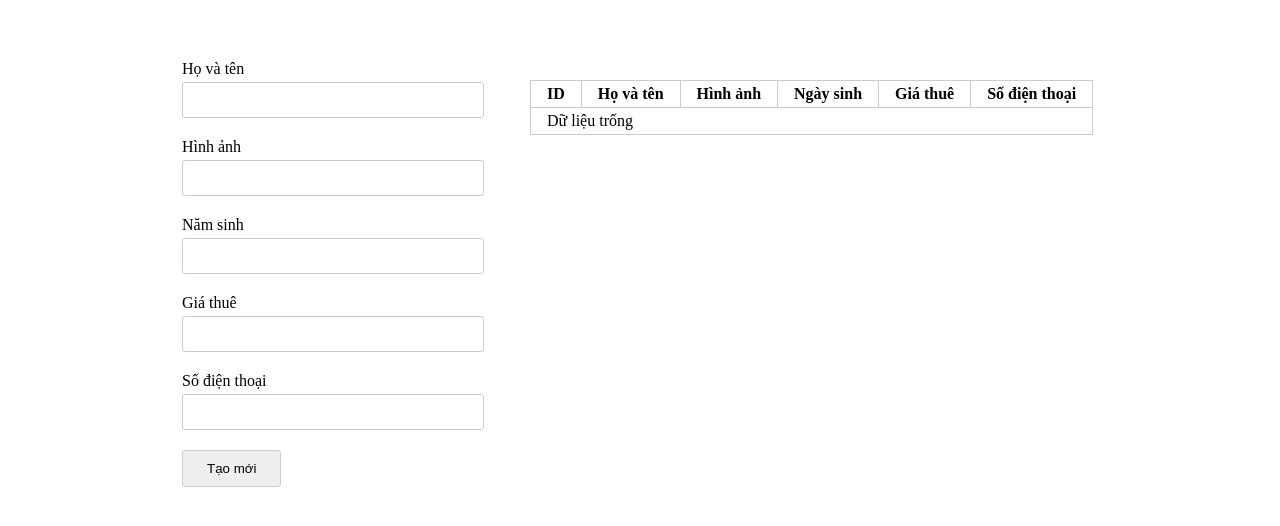
Repository: AnhTuan191298/sent-file-hoang
Page: js_kol-check/index.html
The author's editor kept a copy of each file at every save. The page is drawn from the files as they stood at one save, then again after the next save.
The browser window is 1280 px wide. The pictures show the whole page.

Above is the page before, as saved 2021-02-04 22:19:40.

### js_kol-check/index.html
<!DOCTYPE html>
<html lang="en">
<head>
    <meta charset="UTF-8">
    <meta name="viewport" content="width=device-width, initial-scale=1.0">
    <link rel="stylesheet" href="https://stackpath.bootstrapcdn.com/font-awesome/4.7.0/css/font-awesome.min.css"/>
    <title>Kols Done</title>
    <style>
        .app {
            width: 980px;
            margin: 0 auto;
            display: flex;
        }
        #form {
            flex: 2;
            padding: 32px;
        }
        #list {
            flex: 4;
            padding: 32px;
            margin-top: 40px;
        }
        table {
            border-collapse: collapse;
        }
        table th, table td {
            border: 1px solid #ccc;
            padding: 4px 16px;
        }
        .form-group {
            margin-top: 20px;
        }
        .form-group label {
            display: block;
            margin-bottom: 4px;
        }
        .form-group input {
            display: block;
            width: 100%;
            height: 34px;
            border-radius: 3px;
            border: 1px solid #ccc;
            outline: none;
            padding: 0 8px;
        }
        .avatar {
            width: 60px;
            height: 60px;
            border-radius: 50%;
        }
        .submit-btn {
            padding: 10px 24px;
            border-radius: 3px;
            border: 1px solid #ccc;
        }
        .alert-update,
        .alert-delete {
            width: 240px;
            background-color: #fff;
            min-height: 130px;
            display: none;
            flex-direction: column;
            align-items: center;
            justify-content: center;
            padding: 20px;
            border-radius: 5px;
            box-shadow: 1px 2px 24px #aaaaaa;
            position: fixed;
            top: 50px;
            right: 5px;
            animation: rightToLeft ease 0.5s, fadeOut linear 1s 3s forwards;
        }
        .alert-update.active,
        .alert-delete.active {
            display: flex;
        }
        .alert-update__circle,
        .alert-delete__circle {
            height: 50px;
            width: 50px;
            border: 6px solid #33cc70;
            border-radius: 50%;
            display: flex;
            justify-content: center;
            align-items: center;
            margin-bottom: 10px;
        }
        .alert-update__circle i,
        .alert-delete__circle i {
            font-size: 20px;
            color: #33cc70;
        }
        .alert-update__content h3,
        .alert-delete__content h3 {
            font-size: 18px;
            color: #33cc70;
            text-align: center;
        }
        .text-center {
            text-align: center;
        }
        /* Animation */
        @keyframes fadeIn {
            0% {
                opacity: 0;
            }
            100% {
                opacity: 1;
            }
        }
        @keyframes growth {
            0% {
                transform: scale(0.5);
            }
            100% {
                transform: scale(1);
            }
        }
        @keyframes rightToLeft {
            0% {
                opacity: 0;
                transform: translateX(105%);
            }
            100% {
                opacity: 1;
                transform: translateX(0%);
            }
        }
        @keyframes fadeOut {
            to {
                opacity: 0;
            }
        }
    </style>
</head>
<body>
    <div class="app">
        <form action="" id="form">
            <div class="form-group">
                <label for="fullname">Họ và tên</label>
                <input id="fullname" type="text" name="fullname" class="form-control">
            </div>
            <div class="form-group">
                <label for="image">Hình ảnh</label>
                <input id="image" type="text" name="image" class="form-control">
            </div>
            <div class="form-group">
                <label for="birth">Năm sinh</label>
                <input id="birth" type="text" name="birth" class="form-control">
            </div>
            <div class="form-group">
                <label for="price">Giá thuê</label>
                <input id="price" type="text" name="price" class="form-control">
            </div>
            <div class="form-group">
                <label for="phone">Số điện thoại</label>
                <input id="phone" type="text" name="phone" class="form-control">
            </div>
            <div class="form-group">
                <button class="submit-btn">Tạo mới</button>
            </div>
        </form>
        <!-- List -->
        <div id="list">
            <table>
                <thead>
                    <tr>
                        <th>ID</th>
                        <th>Họ và tên</th>
                        <th>Hình ảnh</th>
                        <th>Ngày sinh</th>
                        <th>Giá thuê</th>
                        <th>Số điện thoại</th>
                    </tr>
                </thead>
                <tbody id="kol-list">
                    <!-- <tr>
                        <td>1</td>
                        <td>Nguyễn Công Trứ</td>
                        <td>
                            <img class="avatar" src="https://64.media.tumblr.com/d1b06afb69cf8b615690ff734129e902/f04605d2cb559bfc-d8/s1280x1920/f91d82446d71c5ee9ace99af4936adcd5549d93f.jpg" alt="">
                        </td>
                        <td>02/02/2000</td>
                        <td>1.000.000đ</td>
                        <td>0987363736</td>
                    </tr> -->
                </tbody>
            </table>
        </div>
        <!-- Alert -->
        <div class="alert-update">
            <div class="alert-update__circle">
                <i class="fa fa-check" aria-hidden="true"></i>
            </div>
            <div class="alert-update__content">
                <h3>Đã sửa thành công</h3>
            </div>
        </div>
    </div>
    <script src="./assets/js/main.js"></script>
</body>
</html>

### js_kol-check/assets/js/main.js
const $ = document.querySelector.bind(document)
const $$ = document.querySelectorAll.bind(document)

const KOL_STORAGE_KEY = 'kols'

const fullName = $('input[name="fullname"]')
const image = $('input[name="image"]')
const birth = $('input[name="birth"]')
const price = $('input[name="price"]')
const phone = $('input[name="phone"]')
const form = $('#form')
const kols = JSON.parse(localStorage.getItem(KOL_STORAGE_KEY)) || []
const kolList = $('#kol-list')

// Add kol
form.onsubmit = function(e) {
    e.preventDefault()
    $('.alert-update').classList.add('active')
    let kol = {
        fullName: fullName.value,
        image: image.value,
        birth: birth.value,
        price: price.value,
        phone: phone.value
    }

    kols.push(kol)
    localStorage.setItem(KOL_STORAGE_KEY, JSON.stringify(kols))
    renderKols()

}

function renderKols() {
    const html = kols.map(function(kol, index) {

        return `
        <tr>
            <td>${index + 1}</td>
            <td>${kol.fullName}</td>
            <td>
                <img class="avatar" src="${kol.image}" alt="">
            </td>
            <td>${kol.birth}</td>
            <td>${kol.price} đ</td>
            <td>${kol.phone}</td>
        </tr>
            `

    })

    if (kols.length > 0) {
        kolList.innerHTML = html.join('')
    } else {
        kolList.innerHTML = `
        <tr>
            <td colspan="6">Dữ liệu trống</td>
        </tr>`
    }

}

renderKols()

After the next save:
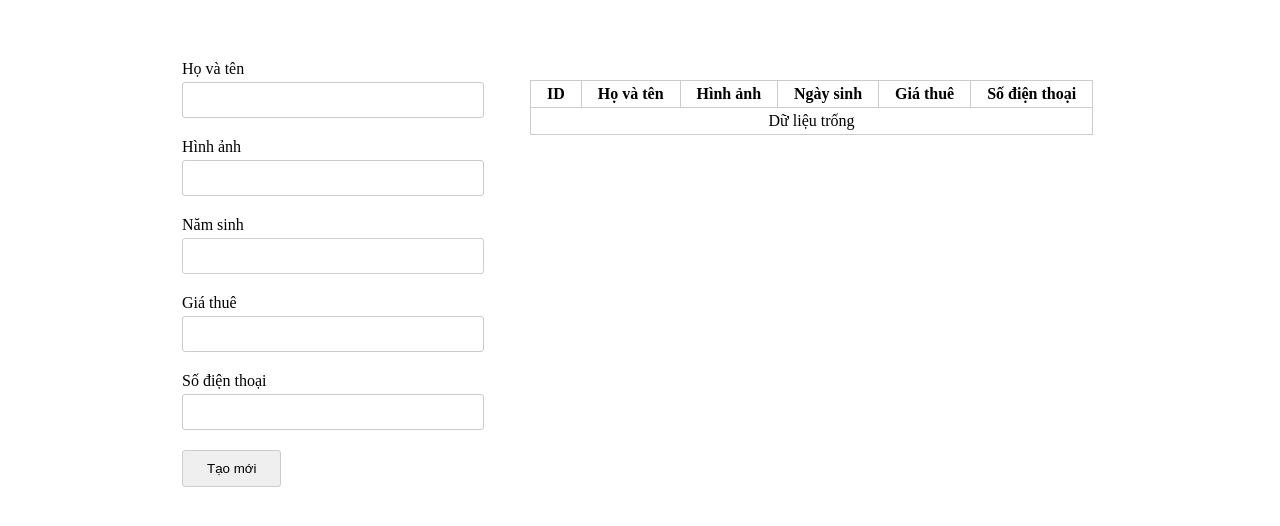
Saved 11 s later.
--- a/js_kol-check/assets/js/main.js
+++ b/js_kol-check/assets/js/main.js
@@ -53,7 +53,7 @@ function renderKols() {
     } else {
         kolList.innerHTML = `
         <tr>
-            <td colspan="6">Dữ liệu trống</td>
+            <td class="text-center" colspan="6">Dữ liệu trống</td>
         </tr>`
     }
 
